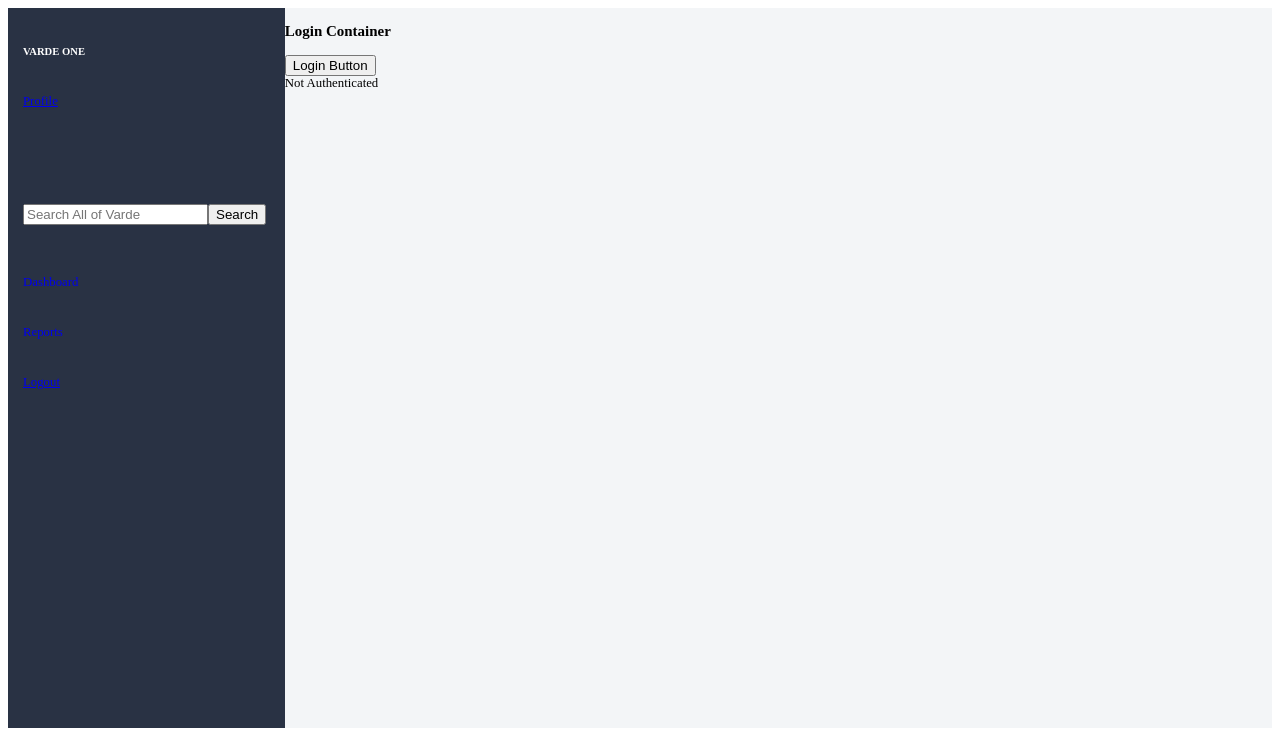
Repository: slavishtipkov/cra-redux
Page: /
The author's editor kept a copy of each file at every save. The page is drawn from the files as they stood at one save, then again after the next save.
The browser window is 1280 px wide. The pictures show the whole page.
The project was rebuilt for these pictures with package versions that can differ from the ones it lists, and the page was loaded fresh each time.

Above is the page before, as saved 2019-07-09 16:59:43.

### src/index.js
import React from "react";
import ReactDOM from "react-dom";
import { BrowserRouter as Router } from "react-router-dom";
import { Provider as ReduxProvider } from "react-redux";

import * as serviceWorker from "./serviceWorker";

import App from "./Components/App";
import configureStore from "./Redux/configureStore";

import "./index.css";

const store = configureStore();

ReactDOM.render(
  <ReduxProvider store={store}>
    <Router>
      <App />
    </Router>
  </ReduxProvider>,
  document.getElementById("root")
);

// If you want your app to work offline and load faster, you can change
// unregister() to register() below. Note this comes with some pitfalls.
// Learn more about service workers: https://bit.ly/CRA-PWA
serviceWorker.unregister();

### src/Redux/configureStore.js
import { createStore, applyMiddleware } from "redux";
import { composeWithDevTools } from "redux-devtools-extension";
import thunk from "redux-thunk";

import rootReducer from "./rootReducer";

export default function configureStore(initialState) {
  return createStore(
    rootReducer,
    initialState,
    composeWithDevTools(applyMiddleware(thunk))
  );
}

### src/index.css
@import-normalize;

#root {
  max-width: 1360px;
  min-width: 960px;
  margin: 0 auto;
  font-size: 0.8rem;
}

### src/Components/App/App.js
import React, { Suspense, lazy } from "react";
import { Route, Switch } from "react-router-dom";

import SideBar from "../Common/SideBar";

import "./App.scss";

const Login = lazy(() => import("../../Containers/Login"));
const Profile = lazy(() => import("../../Containers/Profile"));
const Dashboard = lazy(() => import("../../Containers/Dashboard"));
const Reports = lazy(() => import("../../Containers/Reports"));
const NotFound = lazy(() => import("../Common/NotFound"));

const App = ({ childProps }) => {
  return (
    <div className="container-fluid">
      <SideBar />
      <Suspense fallback={<div>Loading...</div>}>
        <Switch>
          <Route path="/" exact component={Login} props={childProps} />
          <Route path="/profile" exact component={Profile} props={childProps} />
          <Route
            path="/dashboard"
            exact
            component={Dashboard}
            props={childProps}
          />
          <Route path="/reports" exact component={Reports} props={childProps} />
          <Route component={NotFound} />
        </Switch>
      </Suspense>
    </div>
  );
};

export default App;

### src/Redux/rootReducer.js
import { combineReducers } from "redux";

import authReducer from "./reducers/authReducer";
import searchReducer from "./reducers/searchReducer";

const rootReducer = combineReducers({
  authReducer,
  searchReducer
});

export default rootReducer;

### src/Components/App/App.scss
.container-fluid {
  width: 100%;
  height: 100vh;

  display: flex;
  align-items: stretch;

  .side-bar {
    width: 20%;
  }

  .page {
    width: 80%;
    background-color: #f3f5f7;

    .page-header {
      .page-header-nav {
        background-color: #ffffff;
        display: flex;
        justify-content: space-between;

        ul {
          display: flex;
          margin: 0;
          padding: 0;
          height: 55px;
          line-height: 55px;

          padding-left: 25px;

          li {
            display: block;
            margin-right: 30px;

            &:hover {
              color: #4986ba;
              cursor: pointer;
            }
          }
        }
      }
      .page-header-heading {
        height: 100px;
        display: flex;
        align-items: center;
        padding-left: 25px;
      }
      .page-header-content {
        padding-left: 25px;
        padding-right: 25px;
      }
    }

    .page-content {
      padding-left: 25px;
    }
  }
}

### src/Redux/reducers/authReducer.js
import { LOGIN } from "../actions/actionTypes";

const initialState = {
  auth: {
    isAuth: false,
    redirectUrl: ""
  }
};

export default function searchReducer(state = initialState, action) {
  switch (action.type) {
    case LOGIN:
      return {
        ...state,
        ...action.auth
      };
    default:
      return state;
  }
}

### src/Redux/reducers/searchReducer.js
import { SEARCH } from "../actions/actionTypes";

export default function searchReducer(state = "", action) {
  switch (action.type) {
    case SEARCH:
      return {
        ...state,
        ...action.input
      };
    default:
      return state;
  }
}

### src/Components/Common/SideBar/SideBar.js
import React from "react";
import { NavLink } from "react-router-dom";
import SearchBox from "../SearchBox";

import "./sideBar.scss";

const SideBar = () => {
  const activeStyle = { color: "#F15B2A" };

  return (
    <nav className="side-bar">
      <h5 className="heading">VARDE ONE</h5>
      <div className="profile-section">
        <NavLink to="/profile" activeStyle={activeStyle}>
          Profile
        </NavLink>
      </div>
      <div className="search-bar">
        <SearchBox />
      </div>
      <div className="main-links">
        <NavLink to="/dashboard" activeStyle={activeStyle}>
          Dashboard
        </NavLink>
        <NavLink to="/reports" activeStyle={activeStyle} exact>
          Reports
        </NavLink>
      </div>
      <NavLink to="/logout" activeStyle={activeStyle}>
        Logout
      </NavLink>
    </nav>
  );
};

export default SideBar;

### src/Containers/Login/Login.js
import React from "react";
import { connect } from "react-redux";
import { Redirect } from "react-router-dom";
import PropTypes from "prop-types";

import * as authActions from "../../Redux/actions/authActions";

class Login extends React.Component {
  state = {
    auth: {
      isAuth: false,
      redirectUrl: "/"
    }
  };

  handleLogin = () => {
    this.setState({
      auth: {
        isAuth: true,
        redirectUrl: "/reports"
      }
    });
    this.props.dispatch(authActions.login(this.state.auth));
  };

  redirect = redirectUrl => {
    return <Redirect to={redirectUrl} />;
  };

  render() {
    return (
      <div className="login-page page">
        <h3>Login Container</h3>
        <button className="login-button" onClick={this.handleLogin}>
          Login Button
        </button>
        <div>
          {this.state.auth.isAuth ? (
            this.redirect
          ) : (
            <div>Not Authenticated</div>
          )}
        </div>
      </div>
    );
  }
}

Login.propTypes = {
  dispatch: PropTypes.func.isRequired
};

const mapStateToProps = state => {
  return {
    auth: state.auth
  };
};

export default connect(mapStateToProps)(Login);

### src/Redux/actions/actionTypes.js
export const LOGIN = "LOGIN";

export const SEARCH = "SEARCH";

### src/Components/Common/SearchBox/index.js
import SearchBox from "./SearchBox";

export default SearchBox;

### src/Components/Common/SideBar/sideBar.scss
.side-bar {
  display: flex;
  flex-direction: column;

  padding-left: 15px;
  padding-right: 15px;
  background-color: #293244;

  .heading {
    padding-top: 20px;
    padding-bottom: 20px;
    color: white;
  }

  .profile-section {
    height: 90px;
    margin-bottom: 20px;
  }

  .serach-bar {
    padding-top: 20px;
    margin-bottom: 50px;

    input {
      display: inline;
    }
  }

  .main-links {
    display: flex;
    flex-direction: column;
    margin-top: 50px;

    a {
      height: 50px;
      text-decoration: none;
    }
  }
}

### src/Redux/actions/authActions.js
import { LOGIN } from "./actionTypes";

export function login(redirectUrl) {
  return {
    type: LOGIN,
    redirectUrl: redirectUrl
  };
}

### src/Components/Common/SearchBox/SearchBox.js
import React from "react";

class SearchBox extends React.Component {
  state = {
    search: {
      input: ""
    }
  };

  handleChange = event => {
    const search = { ...this.state.search, input: event.target.value };
    this.setState({ search });
  };

  handleSubmit = event => {
    event.preventDefault();
    alert(this.state.search.input);
  };

  render() {
    return (
      <form className="search-box-form" onSubmit={this.handleSubmit}>
        <div className="search-icon" />
        <div className="search-input">
          <input
            type="text"
            placeholder="Search All of Varde"
            onChange={this.handleChange}
            value={this.state.search.input}
          />

          <input type="submit" value="Search" />
        </div>
      </form>
    );
  }
}

export default SearchBox;

Loaded but not shown: public/index.html (common file); src/serviceWorker.js (common file); src/Components/App/index.js (common file); src/Components/Common/SideBar/index.js (common file); src/Containers/Login/index.js (common file)

After the next save:
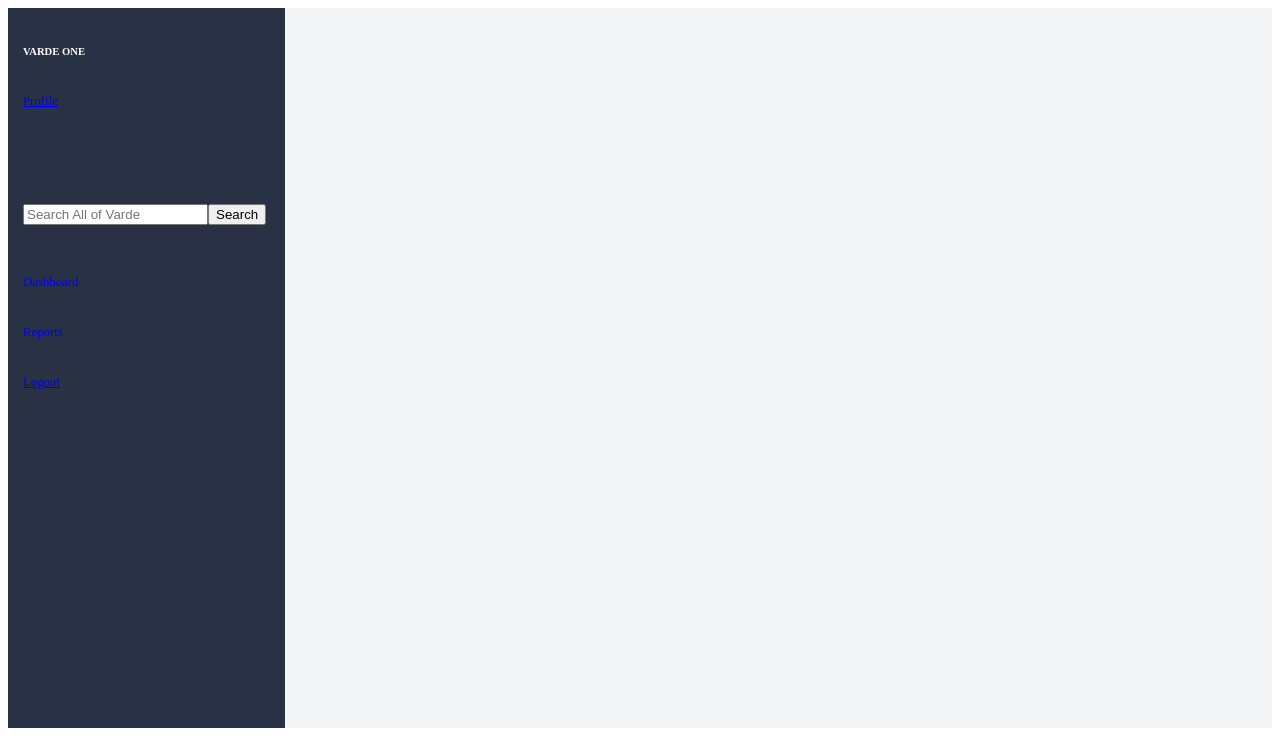
Saved 2 min 29 s later.
--- a/src/Containers/Login/Login.js
+++ b/src/Containers/Login/Login.js
@@ -1,6 +1,6 @@
 import React from "react";
 import { connect } from "react-redux";
-import { Redirect } from "react-router-dom";
+import { NavLink } from "react-router-dom";
 import PropTypes from "prop-types";
 
 import * as authActions from "../../Redux/actions/authActions";
@@ -23,24 +23,10 @@ class Login extends React.Component {
     this.props.dispatch(authActions.login(this.state.auth));
   };
 
-  redirect = redirectUrl => {
-    return <Redirect to={redirectUrl} />;
-  };
-
   render() {
     return (
       <div className="login-page page">
-        <h3>Login Container</h3>
-        <button className="login-button" onClick={this.handleLogin}>
-          Login Button
-        </button>
-        <div>
-          {this.state.auth.isAuth ? (
-            this.redirect
-          ) : (
-            <div>Not Authenticated</div>
-          )}
-        </div>
+        <NavLink to="/reports" />
       </div>
     );
   }
